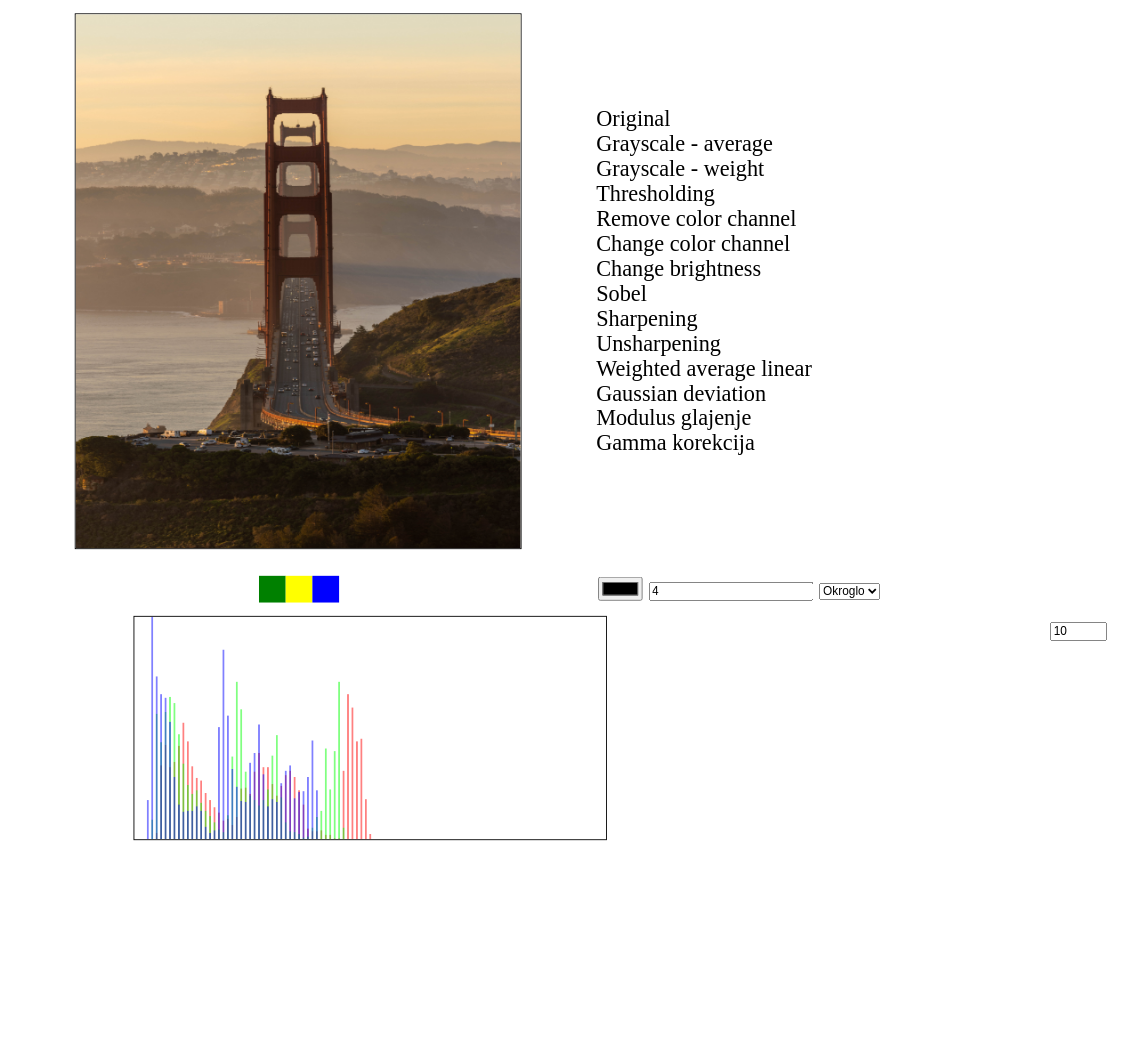
Repository: fussionko/web_photoshop
Page: index.html
An editor plug-in stored every save of this project. The page is shown before and after the next save, followed by the edit.
The browser window is 1280 px wide. The pictures show the whole page, at 89% of full size.

Above is the page before, as saved 2022-04-28 13:13:38.

After the next save:
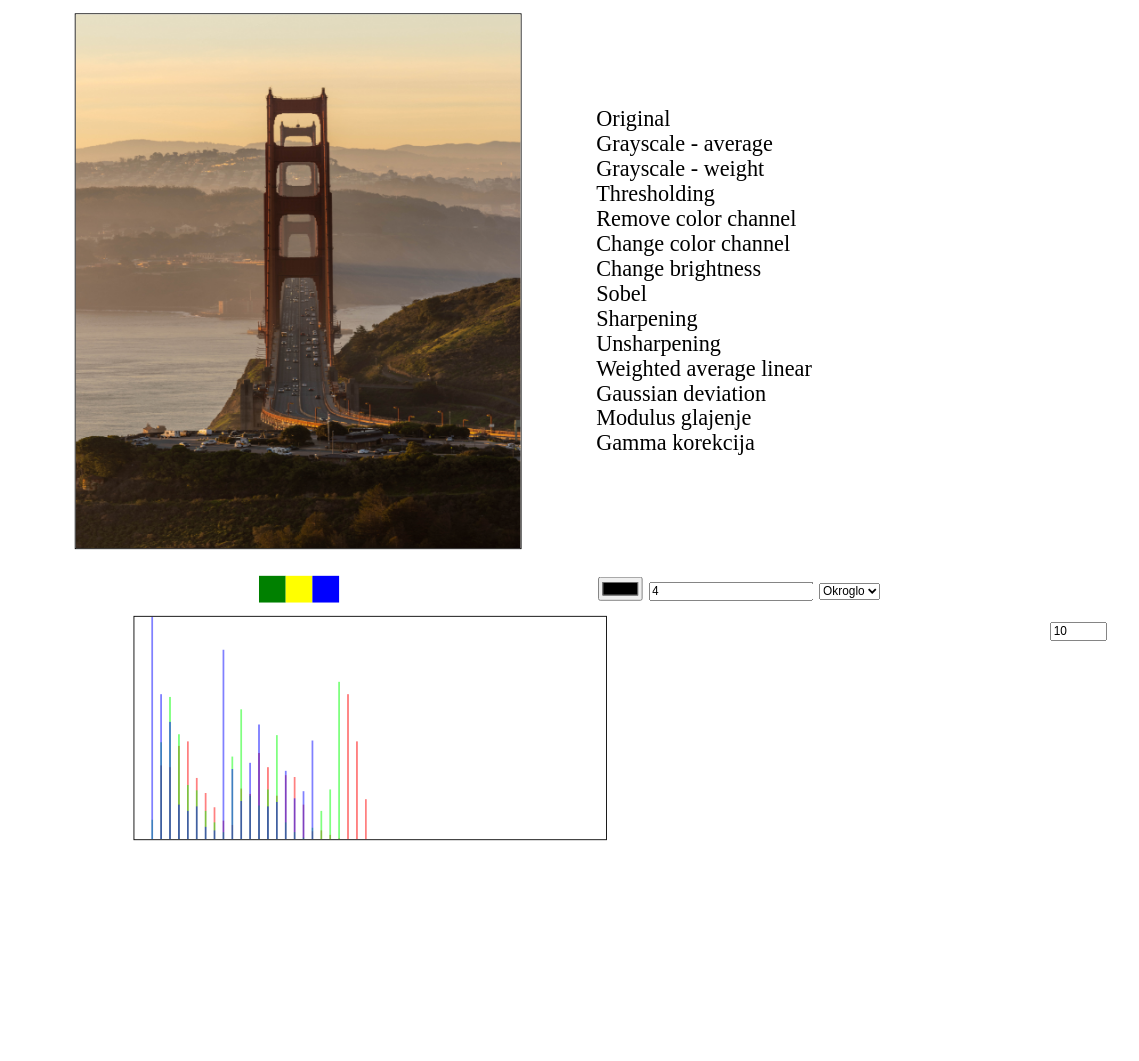
Saved 4 s later.
--- a/graph.js
+++ b/graph.js
@@ -103,7 +103,7 @@ function draw_graph()
 {
     for(let range in graph["r"])
     {
-        range = parseInt(range)*5;
+        range = parseInt(range)*10;
         graph_ctx.beginPath();
         graph_ctx.moveTo(graph_offset+range, graph_height);
         graph_ctx.strokeStyle = "#FF0000";
